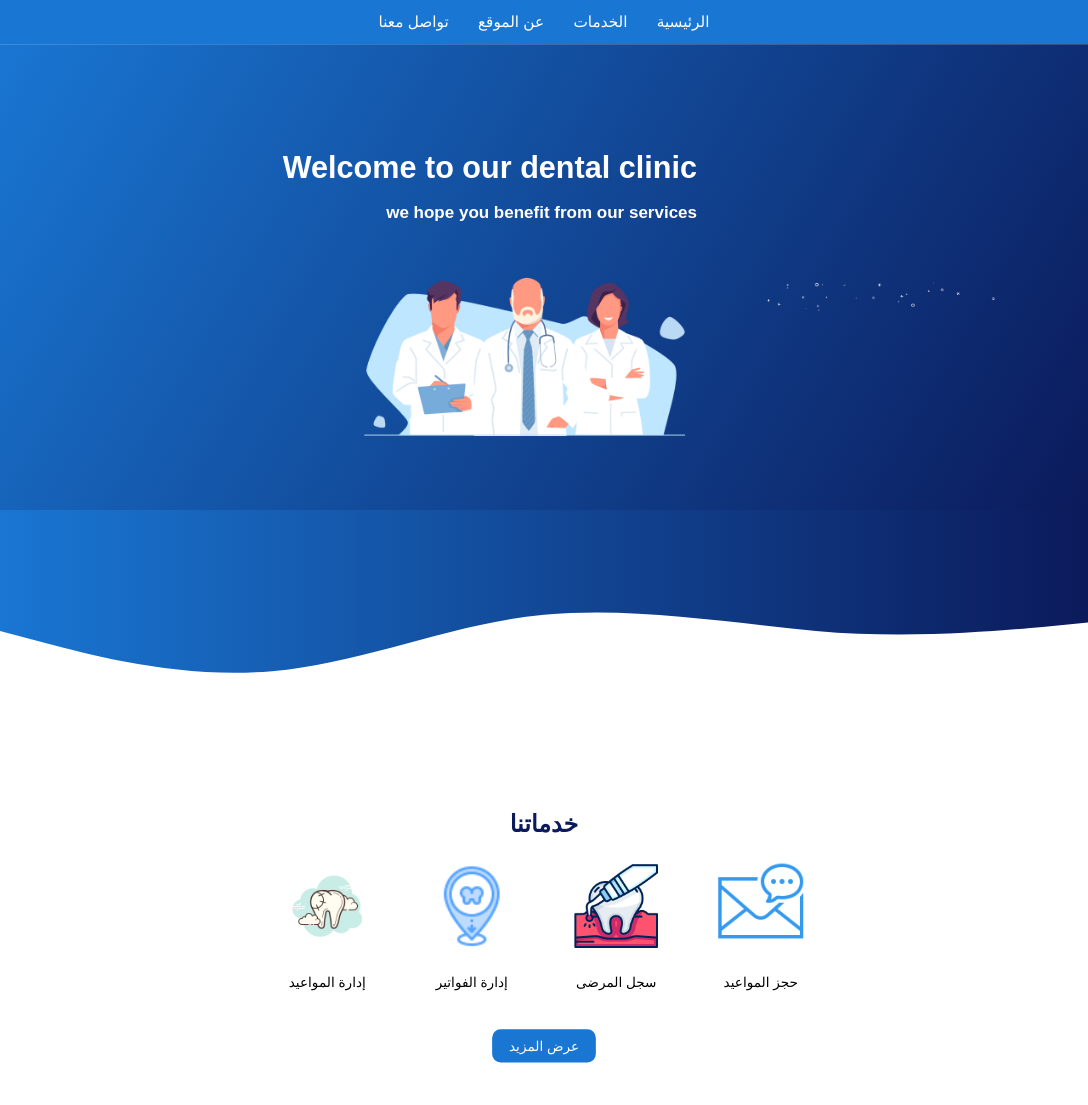
Repository: mysite4/s
Page: http://localhost/
An editor plug-in stored every save of this project. The page is shown before and after the next save, followed by the edit.
The browser window is 1280 px wide. The pictures show the whole page, at 85% of full size.
Some web fonts or font styles are not loaded; a fallback is used. The page is served by the project's application, run on Django 5.2 (manage.py).

Above is the page before, as saved 2025-10-20 20:25:50.

After the next save:
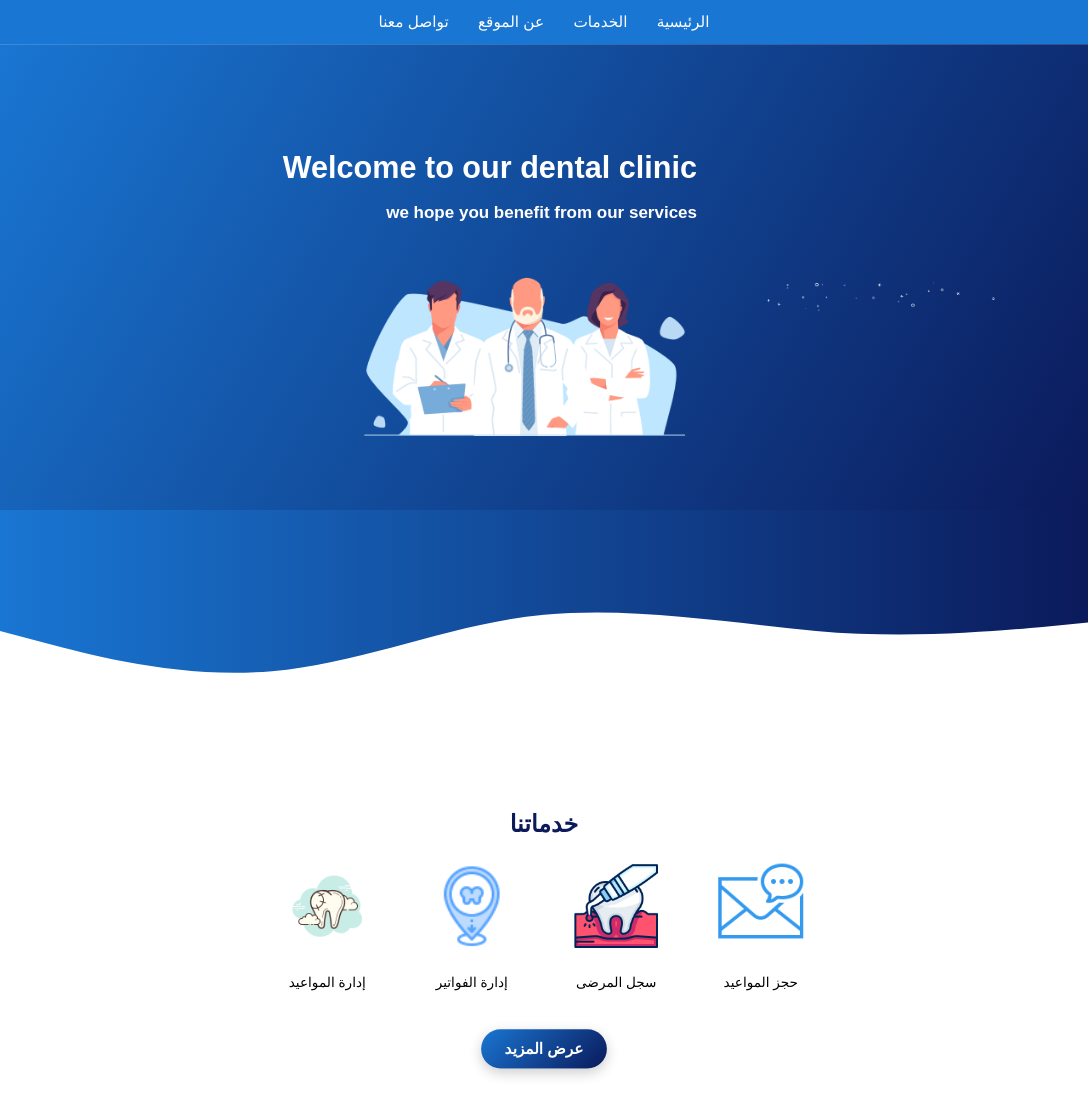
Saved 66 s later.
--- a/main/static/css/style.css
+++ b/main/static/css/style.css
@@ -95,19 +95,26 @@ header {
 .hidden-row {
   display: none;
 }
-
-/* الزر */
+/* الزر الجديد */
 .toggle-btn {
   margin-top: 30px;
-  padding: 10px 20px;
-  background-color: #1976d2;
-  color: white;
+  padding: 12px 28px;
+  background: linear-gradient(135deg, #1976d2, #0b1a5b);
+  color: #fff;
   border: none;
-  border-radius: 10px;
-  font-size: 16px;
+  border-radius: 25px;
+  font-size: 18px;
+  font-weight: 600;
   cursor: pointer;
-  transition: 0.3s;
+  box-shadow: 0 5px 15px rgba(0,0,0,0.2);
+  transition: all 0.3s ease;
 }
 .toggle-btn:hover {
-  background-color: #0b1a5b;
+  transform: translateY(-3px);
+  box-shadow: 0 8px 20px rgba(0,0,0,0.3);
+  background: linear-gradient(135deg, #0b1a5b, #1976d2);
 }
+.toggle-btn:active {
+  transform: translateY(0);
+  box-shadow: 0 5px 15px rgba(0,0,0,0.2);
+}
